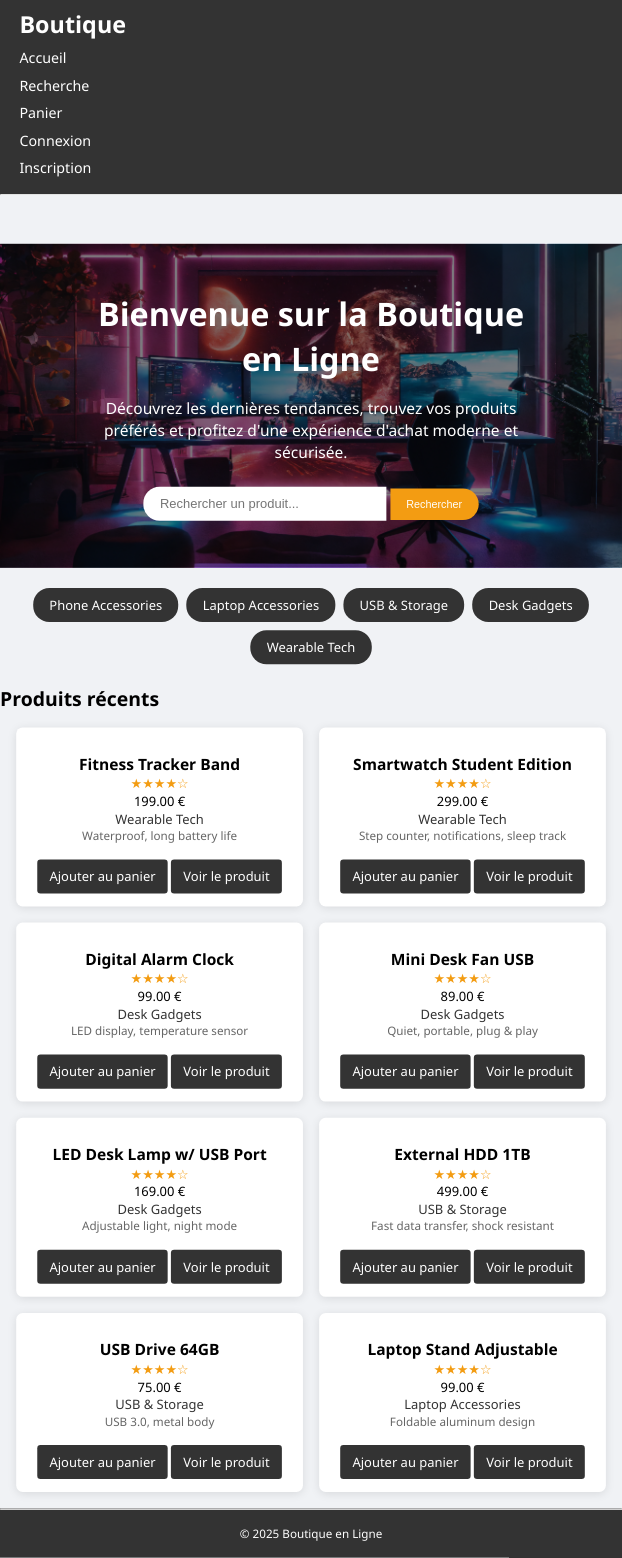
Repository: kiraj-walid/ecomerce
Page: http://localhost/
The author's editor kept a copy of each file at every save. The page is drawn from the files as they stood at one save, then again after a run of saves.
The browser window is 768 px wide. The pictures show the whole page, at 81% of full size.
The page is run by PHP 8.4 with error messages shown; the project is at /var/www/html/. The database holds what the project's SQL file puts in it. Queries for data that is not in the repository find no rows.

Above is the page before, as saved 2025-05-07 15:12:23.

### index.php
<?php
require_once 'includes/db.php';
require_once 'includes/functions.php';
include 'includes/header.php';

// Fetch the 8 latest products
$products = $pdo->query('SELECT * FROM produits ORDER BY id DESC LIMIT 8')->fetchAll();

// Fetch categories for quick filters
$categories = $pdo->query("SELECT DISTINCT categorie FROM produits WHERE categorie IS NOT NULL AND categorie != ''")->fetchAll(PDO::FETCH_COLUMN);
?>

<div class="hero-section" style="background-image: url('assets/images/landingpage.webp');">
    <div class="hero-overlay"></div>
    <div class="hero-content">
        <div class="hero-text">
            <h1>Bienvenue sur la Boutique en Ligne</h1>
            <p>Découvrez les dernières tendances, trouvez vos produits préférés et profitez d'une expérience d'achat moderne et sécurisée.</p>
        </div>
        <div class="hero-search">
            <form action="search.php" method="GET">
                <input type="text" name="q" placeholder="Rechercher un produit..." class="search-input">
                <button type="submit" class="hero-btn">Rechercher</button>
            </form>
        </div>
    </div>
</div>

<?php if (!empty($categories)) : ?>
    <div class="category-filters">
        <?php foreach ($categories as $cat) : ?>
            <a href="search.php?category=<?= urlencode($cat) ?>" class="category-card"><?= htmlspecialchars($cat) ?></a>
        <?php endforeach; ?>
    </div>
<?php endif; ?>

<h2 class="recent-products-title">Produits récents</h2>

<?php if (count($products) === 0) : ?>
    <p class="no-products">Aucun produit disponible.</p>
<?php else : ?>
    <div class="product-listing">
        <?php foreach ($products as $prod) : ?>
            <div class="product-card">
                <?php
                $stmt_imgs = $pdo->prepare('SELECT image FROM images_produit WHERE produit_id = ?');
                $stmt_imgs->execute([$prod['id']]);
                $images = $stmt_imgs->fetchAll(PDO::FETCH_COLUMN);
                ?>
                <div class="product-gallery">
                    <?php if ($images && count($images) > 0): ?>
                        <img src="assets/images/<?= htmlspecialchars($images[0]) ?>" alt="<?= htmlspecialchars($prod['nom']) ?>" class="product-image">
                    <?php endif; ?>
                </div>
                <div class="product-info">
                    <strong><?= htmlspecialchars($prod['nom']) ?></strong><br>
                    <div class="product-rating">★★★★☆</div>
                    <span><?= number_format($prod['prix'], 2) ?> €</span><br>
                    <span class="product-category"><?= htmlspecialchars($prod['categorie']) ?></span><br>
                    <div class="product-desc">
                        <?= htmlspecialchars(mb_strimwidth($prod['description'], 0, 80, '...')) ?>
                    </div>
                    <div class="product-actions">
                        <a href="cart.php?add=<?= $prod['id'] ?>" class="add-to-cart-btn">Ajouter au panier</a>
                        <a href="product.php?id=<?= $prod['id'] ?>" class="product-details-btn">Voir le produit</a>
                    </div>
                </div>
            </div>
        <?php endforeach; ?>
    </div>
<?php endif; ?>

<?php include 'includes/footer.php'; ?>

### includes/db.php
<?php
// Connexion à la base de données
$host = 'localhost';
$db   = 'boutique';
$user = 'root';
$pass = '';
$charset = 'utf8mb4';

$dsn = "mysql:host=$host;dbname=$db;charset=$charset";
$options = [
    PDO::ATTR_ERRMODE            => PDO::ERRMODE_EXCEPTION,
    PDO::ATTR_DEFAULT_FETCH_MODE => PDO::FETCH_ASSOC,
    PDO::ATTR_EMULATE_PREPARES   => false,
];
try {
     $pdo = new PDO($dsn, $user, $pass, $options);
} catch (PDOException $e) {
     exit('Erreur de connexion à la base de données : ' . $e->getMessage());
}

### includes/functions.php
<?php
session_start();

function is_logged_in() {
    return isset($_SESSION['user_id']);
}

function is_admin() {
    return isset($_SESSION['role']) && $_SESSION['role'] === 'admin';
}

function redirect($url) {
    header('Location: ' . $url);
    exit();
}

### includes/header.php
<?php
require_once __DIR__ . '/functions.php';
?>
<!DOCTYPE html>
<html lang="fr">
<head>
    <meta charset="UTF-8">
    <title>Boutique en Ligne</title>
    <link rel="stylesheet" href="assets/css/style.css">
</head>
<body>
<nav class="navbar">
    <div class="navbar-container">
        <a href="index.php" class="navbar-logo">Boutique</a>
        <div class="navbar-links">
            <a href="index.php">Accueil</a>
            <a href="search.php">Recherche</a>
            <a href="cart.php">Panier</a>
            <?php if (is_logged_in()): ?>
                <?php if (is_admin()): ?>
                    <a href="admin/dashboard.php">Admin</a>
                <?php else: ?>
                    <a href="profile.php">Mon Profil</a>
                <?php endif; ?>
                <a href="logout.php" class="logout">Déconnexion</a>
            <?php else: ?>
                <a href="login.php">Connexion</a>
                <a href="register.php">Inscription</a>
            <?php endif; ?>
        </div>
    </div>
</nav>
<hr>

### includes/footer.php
<hr>
<footer>
    <p>&copy; <?php echo date('Y'); ?> Boutique en Ligne</p>
</footer>
</body>
</html>

### assets/css/style.css
/* General Reset */
* {
    margin: 0;
    padding: 0;
    box-sizing: border-box;
}

body {
    font-family: 'Segoe UI', sans-serif;
    background-color: #f0f2f5;
    margin: 0;
}
/* Navbar */
.navbar {
    background-color: #333;
    color: #fff;
    padding: 10px 0;
    position: sticky;
    top: 0;
    z-index: 1000;
}

.navbar-container {
    max-width: 1200px;
    margin: 0 auto;
    display: flex;
    align-items: center;
    justify-content: space-between;
    padding: 0 24px;
}

.navbar-logo {
    font-size: 1.8em;
    font-weight: bold;
    text-decoration: none;
    color: #fff;
    transition: color 0.3s ease;
}

.navbar-logo:hover {
    color: #f0a500; /* Highlight color on hover */
}

.navbar-links {
    display: flex;
    align-items: center;
}

.navbar-links a {
    margin-right: 20px;
    color: #fff;
    text-decoration: none;
    font-size: 1.1em;
    transition: color 0.3s ease;
}

.navbar-links a:hover {
    color: #f0a500; /* Highlight color on hover */
}

/* Logout Button */
.logout {
    color: #f44336; /* Red for logout */
    font-weight: bold;
}

.logout:hover {
    color: #d32f2f; /* Darker red when hovered */
}

/* Make navbar responsive */
@media (max-width: 768px) {
    .navbar-container {
        flex-direction: column;
        align-items: flex-start;
    }

    .navbar-links {
        flex-direction: column;
        align-items: flex-start;
        margin-top: 10px;
    }

    .navbar-links a {
        margin-bottom: 10px;
    }
}

/* Navbar
nav {
    background-color: #333;
    padding: 10px 20px;
    position: fixed;
    top: 0;
    left: 0;
    width: 100%;
    z-index: 10;
    box-shadow: 0 2px 5px rgba(0, 0, 0, 0.1);
}

nav .nav-container {
    display: flex;
    justify-content: space-between;
    align-items: center;
    max-width: 1200px;
    margin: 0 auto;
}

nav .logo {
    font-size: 1.5em;
    color: white;
    font-weight: bold;
    text-transform: uppercase;
    text-decoration: none;
}

nav .nav-links {
    display: flex;
    gap: 15px;
}

nav .nav-links a {
    color: white;
    text-decoration: none;
    font-size: 1em;
    padding: 8px 15px;
    border-radius: 20px;
    transition: background-color 0.3s;
}

nav .nav-links a:hover {
    background-color: #f39c12;
    color: #333;
} */

/* Hero Section */
.hero-section {
    position: relative;
    background-image: url('assets/images/landingpage.webp');
    background-size: cover;
    background-position: center;
    height: 400px;
    color: white;
    display: flex;
    justify-content: center;
    align-items: center;
    text-align: center;
    overflow: hidden; /* Prevent image from going beyond the section */
    margin-top: 60px; /* Add margin to push content below the navbar */
}

.hero-overlay {
    position: absolute;
    top: 0;
    left: 0;
    width: 100%;
    height: 100%;
    background: rgba(0, 0, 0, 0.5);
}

.hero-content {
    position: relative;
    z-index: 2;
    padding: 20px;
    max-width: 80%;
    margin: 0 auto;
}

.hero-content h1 {
    font-size: 2.5em;
    margin-bottom: 20px;
}

.hero-content p {
    font-size: 1.2em;
    margin-bottom: 30px;
}

.hero-search {
    display: flex;
    justify-content: center;
    margin-top: 20px;
}

.hero-search input {
    padding: 12px 20px;
    font-size: 1em;
    border-radius: 20px 0 0 20px;
    border: none;
    width: 300px;
}

.hero-search button {
    padding: 12px 20px;
    background-color: #f39c12;
    color: white;
    border: none;
    border-radius: 0 20px 20px 0;
    cursor: pointer;
}

.hero-search button:hover {
    background-color: #e67e22;
}

/* Category Filters */
.category-filters {
    display: flex;
    justify-content: center;
    margin: 20px 0;
    flex-wrap: wrap;
}

.category-card {
    background-color: #333;
    color: white;
    padding: 10px 20px;
    margin: 5px;
    text-decoration: none;
    border-radius: 20px;
    font-size: 1em;
}

.category-card:hover {
    background-color: #555;
}

/* Product Listing */
.product-listing {
    display: grid;
    grid-template-columns: repeat(auto-fill, minmax(250px, 1fr));
    gap: 20px;
    padding: 20px;
    max-width: 1200px;
    margin: 0 auto;
}

.product-card {
    background-color: white;
    padding: 16px;
    border-radius: 8px;
    box-shadow: 0 2px 12px rgba(0, 0, 0, 0.1);
    transition: transform 0.3s, box-shadow 0.3s;
}

.product-card:hover {
    transform: translateY(-4px);
    box-shadow: 0 4px 16px rgba(0, 0, 0, 0.1);
}

.product-gallery {
    text-align: center;
    margin-bottom: 15px;
}

.product-image {
    max-width: 100%;
    height: auto;
    border-radius: 6px;
}

.product-info {
    text-align: center;
}

.product-info strong {
    font-size: 1.2em;
    margin: 10px 0;
}

.product-rating {
    font-size: 1em;
    color: #f39c12;
}

.product-category {
    font-size: 1em;
    color: #333;
    margin-bottom: 10px;
}

.product-desc {
    font-size: 0.9em;
    color: #666;
    margin-bottom: 10px;
}

.product-actions a {
    display: inline-block;
    padding: 10px 15px;
    margin-top: 10px;
    background-color: #333;
    color: white;
    text-decoration: none;
    border-radius: 4px;
}

.product-actions a:hover {
    background-color: #555;
}

/* Footer */
footer {
    text-align: center;
    color: #888;
    font-size: 0.9em;
    padding: 20px;
    background-color: #333;
    color: white;
}

### sql/schema.sql (the tables this page reads)
CREATE TABLE IF NOT EXISTS produits (
    id INT AUTO_INCREMENT PRIMARY KEY,
    nom VARCHAR(100),
    description TEXT,
    prix DECIMAL(10,2),
    categorie VARCHAR(50),
    image VARCHAR(255)
);

INSERT INTO produits (nom, prix, description, categorie) VALUES
('Silicone Phone Case', 39, 'Ultra-thin, shockproof, multiple colors', 'Phone Accessories'),
('Wireless Earbuds', 129, 'Bluetooth 5.0, 4h battery life', 'Phone Accessories'),
('Magnetic Phone Holder', 49, 'For car or desk, 360° rotation', 'Phone Accessories'),
('Fast Charging Cable (Type-C)', 29, 'Braided, durable, 1.5m length', 'Phone Accessories');

INSERT INTO produits (nom, prix, description, categorie) VALUES
('Laptop Cooling Pad', 139, '5 silent fans, adjustable tilt angles', 'Laptop Accessories'),
('Wireless Mouse', 79, 'Compact, USB receiver included', 'Laptop Accessories'),
('Laptop Stand Adjustable', 99, 'Foldable aluminum design', 'Laptop Accessories');

INSERT INTO produits (nom, prix, description, categorie) VALUES
('USB Drive 64GB', 75, 'USB 3.0, metal body', 'USB & Storage'),
('External HDD 1TB', 499, 'Fast data transfer, shock resistant', 'USB & Storage');

INSERT INTO produits (nom, prix, description, categorie) VALUES
('LED Desk Lamp w/ USB Port', 169, 'Adjustable light, night mode', 'Desk Gadgets'),
('Mini Desk Fan USB', 89, 'Quiet, portable, plug & play', 'Desk Gadgets'),
('Digital Alarm Clock', 99, 'LED display, temperature sensor', 'Desk Gadgets');

INSERT INTO produits (nom, prix, description, categorie) VALUES
('Smartwatch Student Edition', 299, 'Step counter, notifications, sleep track', 'Wearable Tech'),
('Fitness Tracker Band', 199, 'Waterproof, long battery life', 'Wearable Tech');

After the next 3 saves:
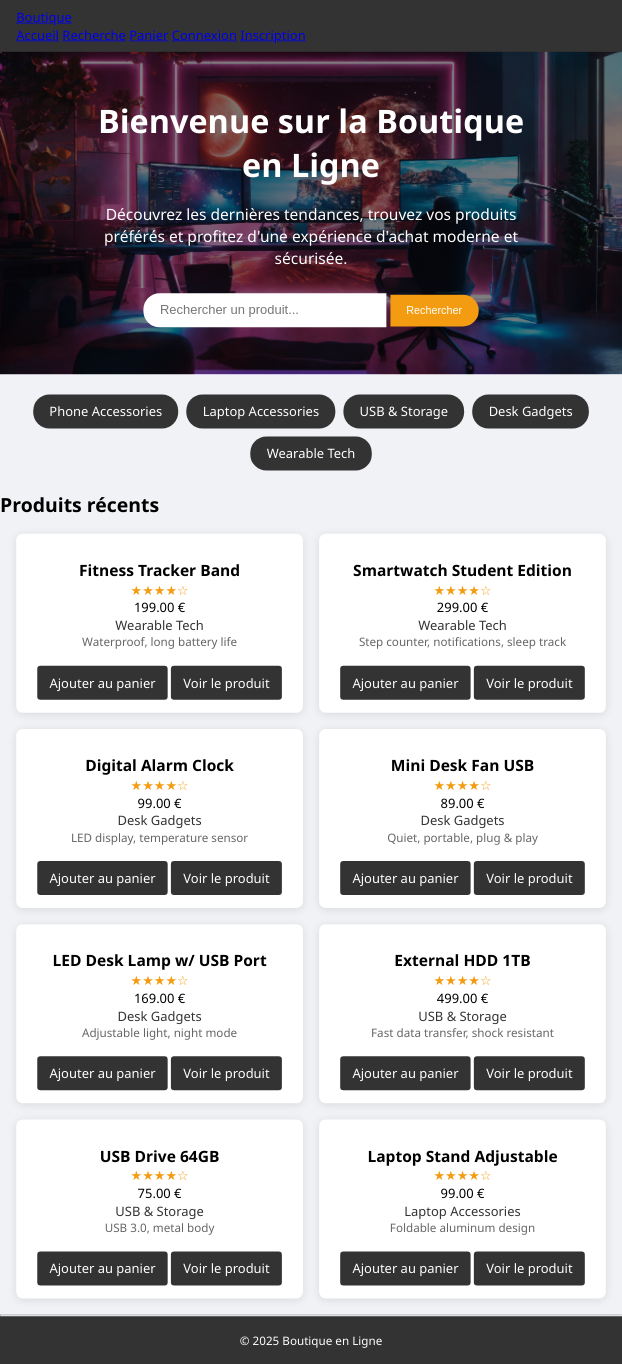
The 3 saves are shown as one change because they came seconds apart.
The last was saved 46 s later.
--- a/assets/css/style.css
+++ b/assets/css/style.css
@@ -10,83 +10,8 @@ body {
     background-color: #f0f2f5;
     margin: 0;
 }
+
 /* Navbar */
-.navbar {
-    background-color: #333;
-    color: #fff;
-    padding: 10px 0;
-    position: sticky;
-    top: 0;
-    z-index: 1000;
-}
-
-.navbar-container {
-    max-width: 1200px;
-    margin: 0 auto;
-    display: flex;
-    align-items: center;
-    justify-content: space-between;
-    padding: 0 24px;
-}
-
-.navbar-logo {
-    font-size: 1.8em;
-    font-weight: bold;
-    text-decoration: none;
-    color: #fff;
-    transition: color 0.3s ease;
-}
-
-.navbar-logo:hover {
-    color: #f0a500; /* Highlight color on hover */
-}
-
-.navbar-links {
-    display: flex;
-    align-items: center;
-}
-
-.navbar-links a {
-    margin-right: 20px;
-    color: #fff;
-    text-decoration: none;
-    font-size: 1.1em;
-    transition: color 0.3s ease;
-}
-
-.navbar-links a:hover {
-    color: #f0a500; /* Highlight color on hover */
-}
-
-/* Logout Button */
-.logout {
-    color: #f44336; /* Red for logout */
-    font-weight: bold;
-}
-
-.logout:hover {
-    color: #d32f2f; /* Darker red when hovered */
-}
-
-/* Make navbar responsive */
-@media (max-width: 768px) {
-    .navbar-container {
-        flex-direction: column;
-        align-items: flex-start;
-    }
-
-    .navbar-links {
-        flex-direction: column;
-        align-items: flex-start;
-        margin-top: 10px;
-    }
-
-    .navbar-links a {
-        margin-bottom: 10px;
-    }
-}
-
-/* Navbar
 nav {
     background-color: #333;
     padding: 10px 20px;
@@ -131,7 +56,7 @@ nav .nav-links a {
 nav .nav-links a:hover {
     background-color: #f39c12;
     color: #333;
-} */
+}
 
 /* Hero Section */
 .hero-section {
